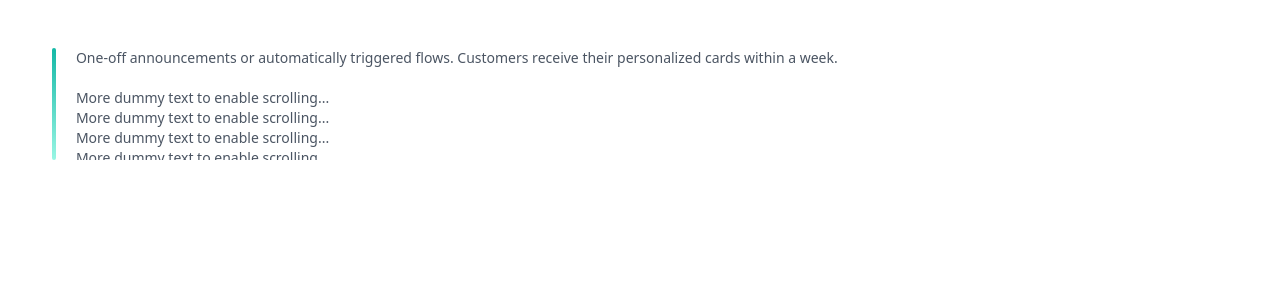
Repository: trusha97/postpilot
Page: scroll.html
These files come from the project's save history. The page is drawn as it stood at one moment and after the next save; the edit follows.
The browser window is 1280 px wide. The pictures show the whole page.
Some web libraries are served in a nearby version.

Above is the page before, as saved 2025-05-19 09:42:46.

### scroll.html
<!DOCTYPE html>
<html lang="en">
<head>
  <meta charset="UTF-8">
  <meta name="viewport" content="width=device-width, initial-scale=1.0">
  <title>Scroll Design Example</title>
  <script src="https://cdn.tailwindcss.com"></script>
  <style>
    /* Custom Scrollbar */
    .custom-scroll::-webkit-scrollbar {
      width: 4px;
    }
    .custom-scroll::-webkit-scrollbar-thumb {
      background-color: #94d3ce;
      border-radius: 4px;
    }
  </style>
</head>
<body class="bg-white p-10">

  <div id="content-1" class="ms-3 mt-2 flex space-x-5 h-28">
    <!-- Fixed vertical line -->
    <div class="w-1 bg-gradient-to-b from-teal-500 to-teal-200 rounded-full"></div>

    <!-- Scrollable paragraph -->
    <div class="overflow-y-auto h-full text-sm text-gray-600 pr-2 custom-scroll w-full">
      One-off announcements or automatically triggered flows. Customers receive their personalized cards within a week.
      <br /><br />
      More dummy text to enable scrolling... <br />
      More dummy text to enable scrolling... <br />
      More dummy text to enable scrolling... <br />
      More dummy text to enable scrolling... <br />
      More dummy text to enable scrolling... <br />
      More dummy text to enable scrolling... <br />
      More dummy text to enable scrolling... <br />
    </div>
  </div>

</body>
</html>

After the next save:
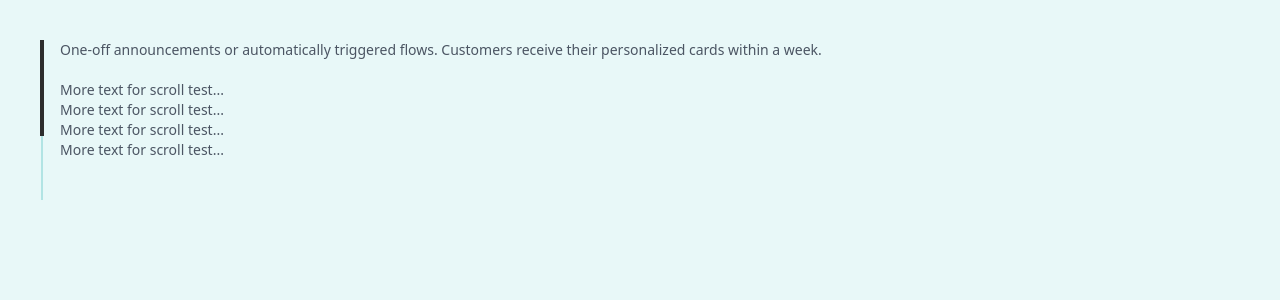
Saved 3 min 57 s later.
--- a/scroll.html
+++ b/scroll.html
@@ -1,9 +1,9 @@
 <!DOCTYPE html>
 <html lang="en">
 <head>
-  <meta charset="UTF-8">
-  <meta name="viewport" content="width=device-width, initial-scale=1.0">
-  <title>Scroll Design Example</title>
+  <meta charset="UTF-8" />
+  <meta name="viewport" content="width=device-width, initial-scale=1.0"/>
+  <title>Scroll Based Line</title>
   <script src="https://cdn.tailwindcss.com"></script>
   <style>
     /* Custom Scrollbar */
@@ -14,25 +14,45 @@
       background-color: #94d3ce;
       border-radius: 4px;
     }
+
+    /* Dynamic Line Parts */
+    .line-container {
+      display: flex;
+      flex-direction: column;
+      align-items: center;
+      height: 100%;
+    }
+
+    .line-top {
+      background-color: #2d2d2d; /* black */
+      width: 4px;
+      height: 60%;
+    }
+
+    .line-bottom {
+      background-color: #b2e4e4; /* light blue */
+      width: 2px;
+      flex-grow: 1;
+    }
   </style>
 </head>
-<body class="bg-white p-10">
+<body class="bg-[#e8f8f8] p-10">
 
-  <div id="content-1" class="ms-3 mt-2 flex space-x-5 h-28">
-    <!-- Fixed vertical line -->
-    <div class="w-1 bg-gradient-to-b from-teal-500 to-teal-200 rounded-full"></div>
+  <div class="flex space-x-4 h-40">
+    <!-- Left Line -->
+    <div class="line-container">
+      <div class="line-top"></div>
+      <div class="line-bottom"></div>
+    </div>
 
-    <!-- Scrollable paragraph -->
+    <!-- Scrollable Paragraph -->
     <div class="overflow-y-auto h-full text-sm text-gray-600 pr-2 custom-scroll w-full">
       One-off announcements or automatically triggered flows. Customers receive their personalized cards within a week.
-      <br /><br />
-      More dummy text to enable scrolling... <br />
-      More dummy text to enable scrolling... <br />
-      More dummy text to enable scrolling... <br />
-      More dummy text to enable scrolling... <br />
-      More dummy text to enable scrolling... <br />
-      More dummy text to enable scrolling... <br />
-      More dummy text to enable scrolling... <br />
+      <br/><br/>
+      More text for scroll test...<br/>
+      More text for scroll test...<br/>
+      More text for scroll test...<br/>
+      More text for scroll test...<br/>
     </div>
   </div>
 
